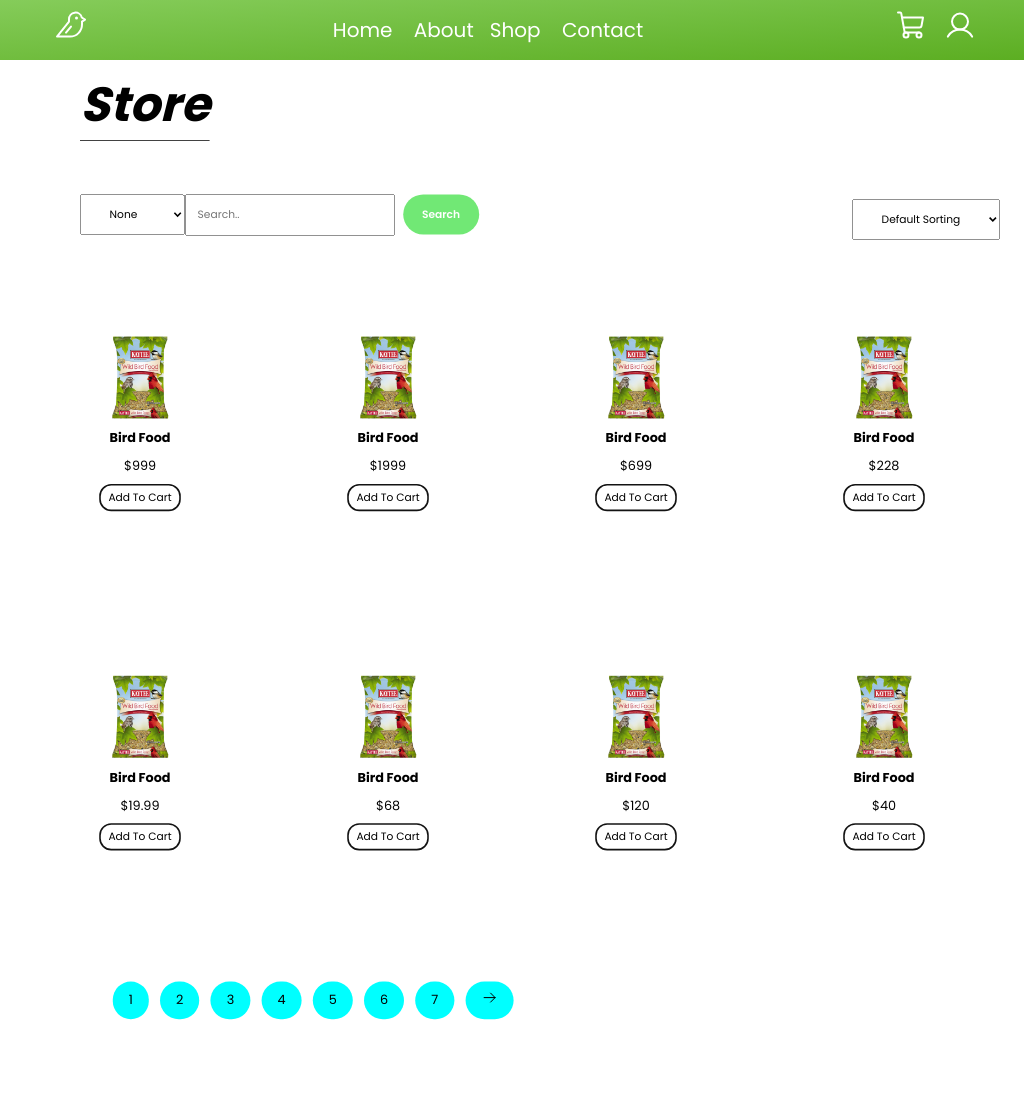
Repository: Vuhainam64/SWP391
Page: / (app in React/swp391-app/)
The author's editor kept a copy of each file at every save. The page is drawn from the files as they stood at one save, then again after the next save.
The browser window is 1280 px wide. The pictures show the whole page, at 80% of full size.
The project was rebuilt for these pictures with package versions that can differ from the ones it lists, and the page was loaded fresh each time. Also part of the build but not shown: React/swp391-app/src/pages/register/register.jsx, React/swp391-app/src/pages/home/home.css, React/swp391-app/src/pages/home/home-product.jsx, React/swp391-app/src/pages/home/home.jsx, React/swp391-app/src/pages/about/about.jsx, React/swp391-app/src/pages/contact/contact.jsx, React/swp391-app/src/pages/cart/cart-item.jsx, React/swp391-app/src/pages/cart/cart.css and 2 more.

Above is the page before, as saved 2023-06-05 08:04:50.

### React/swp391-app/src/App.js
import './App.css';
import { BrowserRouter as Router, Routes, Route } from "react-router-dom";
import { Navbar } from "./components/navbar";
import { Register } from "./pages/register/register";
import { Home } from "./pages/home/home";
import { About } from "./pages/about/about";
import { Shop } from "./pages/shop/shop";
import { Contact } from "./pages/contact/contact";
import { Cart } from "./pages/cart/cart";
import { ShopContextProvider } from './context/shop-context';
import { ProductDetail } from './pages/product/product-detail';


function App() {
  return (
    <div className = "App">
      <ShopContextProvider>
        <Router>
          <Navbar />
          <Routes>
            <Route path = "/register" element = {<Register />} />
            <Route path = "/home" element={<Home/>} />
            <Route path = "/about" element={<About/>} />
            <Route path = "/" element = {<Shop />} />
            <Route path = "/product" element = {<ProductDetail />} />
            <Route path = "/contact" element = {<Contact />} />
            <Route path = "/cart" element = {<Cart />} />
          </Routes>
        </Router>
      </ShopContextProvider>
    </div>
  );
}

export default App;

### React/swp391-app/src/App.css
.App {
  width: 100%;
  height: auto;
  min-height: 100vh;
  font-family: 'Segoe UI', Tahoma, Geneva, Verdana, sans-serif;
}

body {
  padding: 0;
  margin: 0;
}

### React/swp391-app/src/components/navbar.jsx
import React from "react";
import { Link } from "react-router-dom";
import { ShoppingCart, Bird, User } from "phosphor-react";
import "./navbar.css";

export const Navbar = () => {
  return (
    <div className="navbar">
      <div className="links">
        <div className="icon">
          <Link to="/home">
            <Bird size={40} />
          </Link>
        </div>
        <div className="middle">
          <Link to="/home"> Home </Link>
          <Link to="/about">About</Link>
          <Link to="/">Shop</Link>
          <Link to="/contact"> Contact</Link>
        </div>
        <div className="end">
          <Link to="/cart">
            <ShoppingCart size={40} />
          </Link>
            <Link to="/register">
              <User size={40}/>
            </Link>
        </div>
      </div>
    </div>
  );
};

### React/swp391-app/src/pages/shop/shop.jsx
import React from "react";
import { PRODUCTS } from "../../products";
import { Product } from "./product";
import { ArrowRight  } from "phosphor-react";
import "./shop.css";

export const Shop = () => {
  return (
    <div className="shop">
      <div className="shopTitle">
        <h3>Store</h3>
      </div>
    <div className="sort">
      <div className="form-shop">
        <div class="form-shop-select">
          <label>
            <select>
              <option selected> None </option>
              <option>Seed</option>
              <option>Suet</option>
              <option>Nectar</option>
              <option>Fruit</option>
              <option>Insect</option>
            </select>
          </label>
        </div>
        <div className="search-bar">
          <input type="text" placeholder="Search.." />
        </div>
        <div className="icon-search">
          <button>Search</button>
        </div>
      </div>
      <div className="sort-shop">
      <label>
            <select>
              <option selected> Default Sorting </option>
              <option>A To Z</option>
              <option>1 - 8</option>
              <option>Price</option>
            </select>
        </label>
      </div>
      </div>
      <div className="products">
        {PRODUCTS.map((product) => (
          <Product data={product} />
        ))}
      </div>
      <div className="page-count">
        <div className="page-number">
          <ul className="page-number-count">
            <li>1</li>
            <li>2</li>
            <li>3</li>
            <li>4</li>
            <li>5</li>
            <li>6</li>
            <li>7</li>
            <li><ArrowRight size={20} /></li>
            </ul>
        </div>
      </div>
    </div>
  );
};

### React/swp391-app/src/context/shop-context.jsx
import { createContext, useEffect, useState } from "react";
import { PRODUCTS } from "../products";

export const ShopContext = createContext(null);

const getDefaultCart = () => {
    let cart = {};
    for (let i = 1; i < PRODUCTS.length + 1; i++) {
        cart[i] = 0;
    }
    return cart;
}

export const ShopContextProvider = (props) => {
    const [cartItems, setCartItems] = useState(getDefaultCart());

    const getTotalCartAmount = () => {
        let totalAmount = 0;
        for (const item in cartItems) {
            if (cartItems[item] > 0) {
                let itemInfo = PRODUCTS.find((product) => product.id === Number(item));
                totalAmount += cartItems[item] *itemInfo.price;
            }
        }
        return totalAmount;
    };

    const addToCart = (itemId) => {
        setCartItems((prev) => ({ ...prev, [itemId]: prev[itemId] + 1}));
    };

    const removeFromCart = (itemId) => {
        setCartItems((prev) => ({ ...prev, [itemId]: prev[itemId] - 1}));
    };

    const updateCartItemCount = (newAmount, itemId) => {
        setCartItems((prev) => ({ ...prev, [itemId]: newAmount }));
    };

    const checkout = () => {
        setCartItems(getDefaultCart());
    };

    const contextValue = {
        cartItems,
        addToCart,
        updateCartItemCount,
        removeFromCart,
        getTotalCartAmount,
        checkout,
    };

    return (
        <ShopContext.Provider value={contextValue}>
            {props.children}
        </ShopContext.Provider>
    );
};

### React/swp391-app/src/components/navbar.css
.navbar {
    width: 100%;
    height: 75px;
    background-color: #85CC5A;
    background-image: linear-gradient(to bottom right, #85CC5A, #5CAE22);
    display: flex;
    justify-content: center;
    align-items: center;
}

.links {
    margin-right: 50px;
    display: flex;
    align-items: center;
    justify-content: space-between;
    width: 100%;
}

.icon {
    margin-left: 50px;
}

.end {
    padding: 0 10px;
}

.links a {
    text-decoration: none;
    color: white;
    margin-left: 20px;
    font-size: 25px;
}

### React/swp391-app/src/pages/register/register.css
/* Import Google font - Poppins */
@import url('https://fonts.googleapis.com/css2?family=Poppins:wght@200;300;400;500;600;700&display=swap');

*{
  margin: 0;
  padding: 0;
  box-sizing: border-box;
  font-family: 'Poppins', sans-serif;
}

.images{
  position: absolute;
  width: 100%;
  height: 100%;
  background-image: url(../../assets/products/bird.jpg);
  background-position: center;
  background-size: cover;
  color: white;
}

.container{
  position: relative;
  top: 50%;
  left: 50%;
  transform: translate(-50%,-50%);
  max-width: 480px;
  width: 100%;
  border-radius: 7px;
  box-shadow: -3px -3px 9px #aaa9a9a2,
              3px 3px 7px rgba(147, 149, 151, 0.671);
}

.container .registration{
  display: none;
}

#check:checked ~ .registration{
  display: block;
}

#check:checked ~ .login{
  display: none;
}

#check{
  display: none;
}

.container .form{
  padding: 2rem;
}

.form header{
  font-size: 2rem;
  font-weight: 500;
  text-align: center;
  margin-bottom: 1.5rem;
}

 .form input{
   height: 60px;
   width: 92%;
   padding: 0 14px;
   font-size: 17px;
   margin-top: 15px;
   margin-bottom: 1.3rem;
   border: 1px solid #ddd;
   border-radius: 6px;
   outline: none;
 }

 .form input:focus{
   box-shadow: 0 1px 0 rgba(0,0,0,0.2);
 }

.form a{
  font-size: 16px;
  color: #20ffd6;
  text-decoration: none;
}

.form a:hover{
  text-decoration: underline;
}

.form input.button{
  color: #fff;
  background: #009579;
  font-size: 1.2rem;
  font-weight: 500;
  letter-spacing: 1px;
  margin-top: 1.7rem;
  cursor: pointer;
  transition: 0.4s;
  width: 100%;
}

.form input.button:hover{
  background: #006653;
}

.signup{
  font-size: 17px;
  text-align: center;
}

.signup label{
  color: #20ffd6;
  cursor: pointer;
}

.signup label:hover{
  text-decoration: underline;
}

.icon-login {
  margin-right: 5px;
}

### React/swp391-app/src/products.js
import product1 from "./assets/products/1.png";
import product2 from "./assets/products/1.png";
import product3 from "./assets/products/1.png";
import product4 from "./assets/products/1.png";
import product5 from "./assets/products/1.png";
import product6 from "./assets/products/1.png";
import product7 from "./assets/products/1.png";
import product8 from "./assets/products/1.png";

export const PRODUCTS = [
  {
    id: 1,
    productName: "Bird Food",
    price: 999.0,
    productImage: product1,
  },
  {
    id: 2,
    productName: "Bird Food",
    price: 1999.0,
    productImage: product2,
  },
  {
    id: 3,
    productName: "Bird Food",
    price: 699.0,
    productImage: product3,
  },
  {
    id: 4,
    productName: "Bird Food",
    price: 228.0,
    productImage: product4,
  },
  {
    id: 5,
    productName: "Bird Food",
    price: 19.99,
    productImage: product5,
  },
  {
    id: 6,
    productName: "Bird Food",
    price: 68.0,
    productImage: product6,
  },
  {
    id: 7,
    productName: "Bird Food",
    price: 120.0,
    productImage: product7,
  },
  {
    id: 8,
    productName: "Bird Food",
    price: 40.0,
    productImage: product8,
  },
];

### React/swp391-app/src/pages/shop/product.jsx
import React, {useContext, useState, useEffect} from "react";
import { ShopContext } from "../../context/shop-context";


export const Product = (props) => {
    const { id, productName, price, productImage } = props.data;
    const { addToCart, cartItems } = useContext(ShopContext);

    const cartItemCount = cartItems[id];

    return (
        <div className = "product">
            <img src = {productImage} alt=""/>
            <div className = "description">
                <p>
                    <b>{productName}</b>
                </p>
                <p> ${price}</p>
            </div>
            <button className="addToCartBttn" onClick = {() => addToCart(id)}>
                Add To Cart {cartItemCount > 0 && <> ({cartItemCount}) </>}
            </button>
        </div>
    );
};

### React/swp391-app/src/pages/shop/shop.css
.shop {
    padding: 0 20px;
}

.shopTitle {
    margin-top: 10px;
    text-align: center;
    font-size: 40px;
}

.products {
    width: 100%;
    height: auto;
    display: grid;
    grid-template-columns: 1fr 1fr 1fr 1fr;
    place-items: center;

}

.product {
    border-radius: 15px;
    margin: 100px;
    display: flex;
    flex-direction: column;
    justify-content: center;
    align-items: center;
}

.product img {
    width: 100%;
    height: 100%;
}

.product .description {
    text-align: center;
}

.product:hover {
    transition: 0.3s ease-in;
    cursor: pointer;
}

.addToCartBttn {
    background-color: transparent;
    border: 2px solid rgb(19, 19, 19);
    min-width: 100px;
    padding: 5px 10px 5px 10px;
    border-radius: 15px;
}

.addToCartBttn:hover {
    background-color: rgb(19, 19, 19);
    color: white;
    cursor: pointer;
}

.description p,b{
    margin: 10px 0;
}
.shopTitle {
    justify-content: left;
    display: inline-block;
}
.shopTitle h3{
    float: left;
    margin-left: 80px;
    font-size: 60px;
    font-style: italic;
    border-bottom: 1px solid rgb(19, 19, 19);
}

.form-shop {
    display: flex;
    margin: 50px 10px 10px 80px;
    width: 100%;
}

.form-shop select {
    padding: 14px 32px;
}

.form-shop input {
    padding: 14px;
    margin: 10px 10px 10px 0;
    width: 100%;
}

.search-bar {
    width: 30%;
}
.icon-search button{
    padding: 14px 24px;
    height: 50px;
    margin-top: 10px;
    margin-left: 10px;
    border-radius: 50px;
    cursor: pointer;
    background-color: rgb(20, 217, 27);
    border: none;
    color: #fff;
    font-weight: 600;
    opacity: 0.6;
}

.icon-search button:hover {
    opacity: 1;
}

.sort {
    display: flex;
    justify-content: center;
    align-items: center;
}

.sort-shop {
    margin: 50px 10px 10px 80px;
}

.sort-shop select{
    padding: 14px 32px;
}

.page-count {
    margin: 50px 20px 100px 100px;
}

.page-number-count {
    display: flex;
    list-style: none;
    padding: 14px;
}

.page-number-count li {
    margin: 0 7px;
    padding: 10px 20px;
    border-radius: 50px;
    background-color: aqua;
}

.page-number-count li:hover {
    background-color: aqua;
    padding: 10px;
}

### React/swp391-app/src/pages/contact/contact.css
.contact{
    max-width: 400px;
    margin: 0 auto;
    padding: 20px;
}
.title-contact{
    text-align: center;
}
label{
    display: block;
    margin-top: 10px;
}
.form-contact{

    text-align: center;
}

/* input[type="text"],
.type-email,
input[type="message"],
textarea {
  width: 100%;
  padding: 8px;
  border: 1px solid #ccc;
  border-radius: 4px;
  box-sizing: border-box;
  margin-top: 5px;
  margin-bottom: 10px;
} */

input[type="submit"] {
    background-color: #4CAF50;
    color: white;
    padding: 10px 15px;
    border: none;
    border-radius: 4px;
    cursor: pointer;
    font-size: 16px;
  }

  input[type="submit"]:hover {
    background-color: #45a049;
  }

  textarea {
    height: 100px;
  }

Loaded but not shown: React/swp391-app/public/index.html (common file); React/swp391-app/src/index.js (common file); React/swp391-app/src/index.css (common file); React/swp391-app/src/reportWebVitals.js (common file)

After the next save:
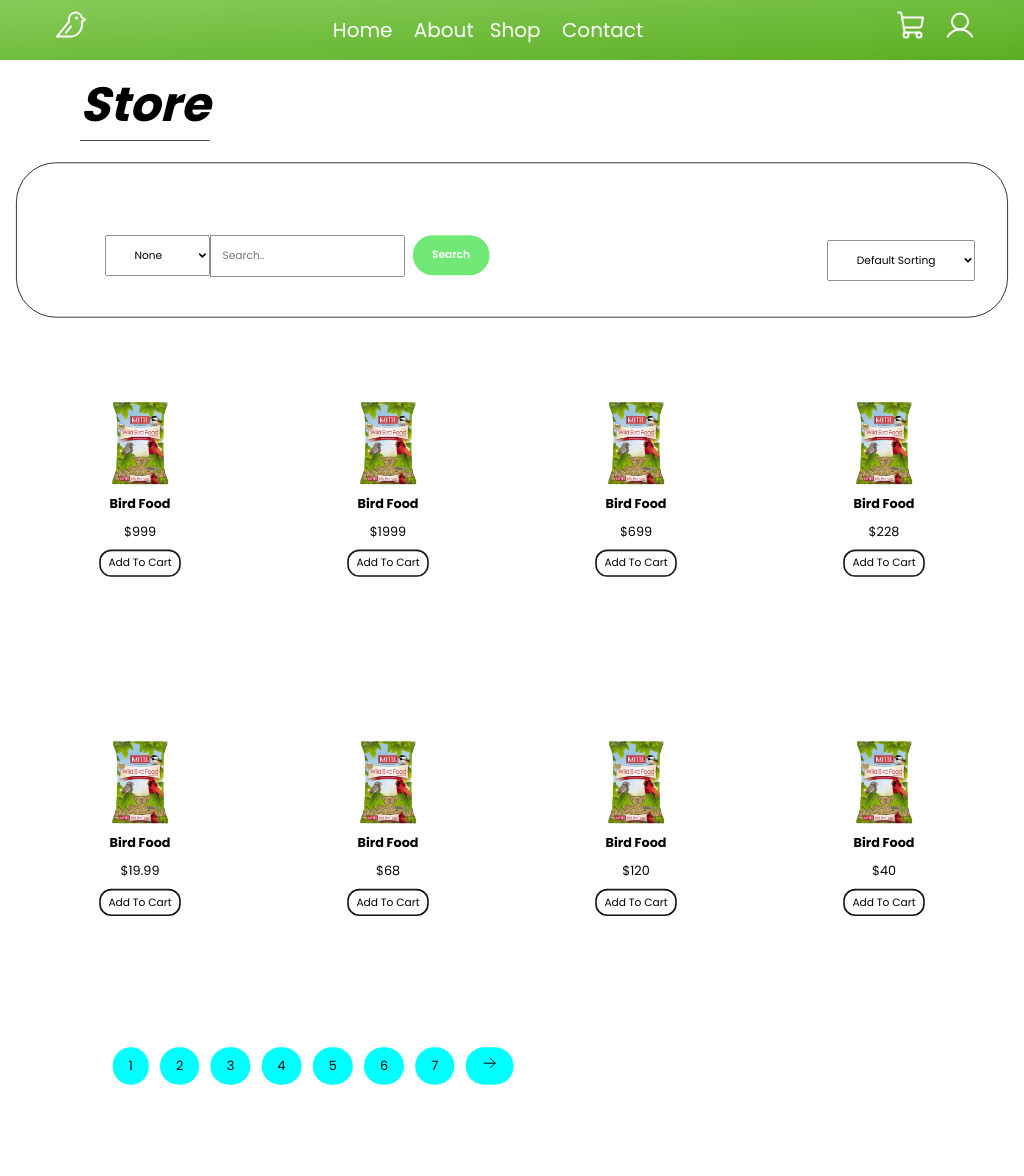
Saved 3 min 33 s later.
--- a/React/swp391-app/src/pages/shop/shop.css
+++ b/React/swp391-app/src/pages/shop/shop.css
@@ -110,6 +110,10 @@
     display: flex;
     justify-content: center;
     align-items: center;
+    padding: 30px;
+    border: 1px solid;
+    border-radius: 50px;
+    margin-top: 20px;
 }
 
 .sort-shop {
